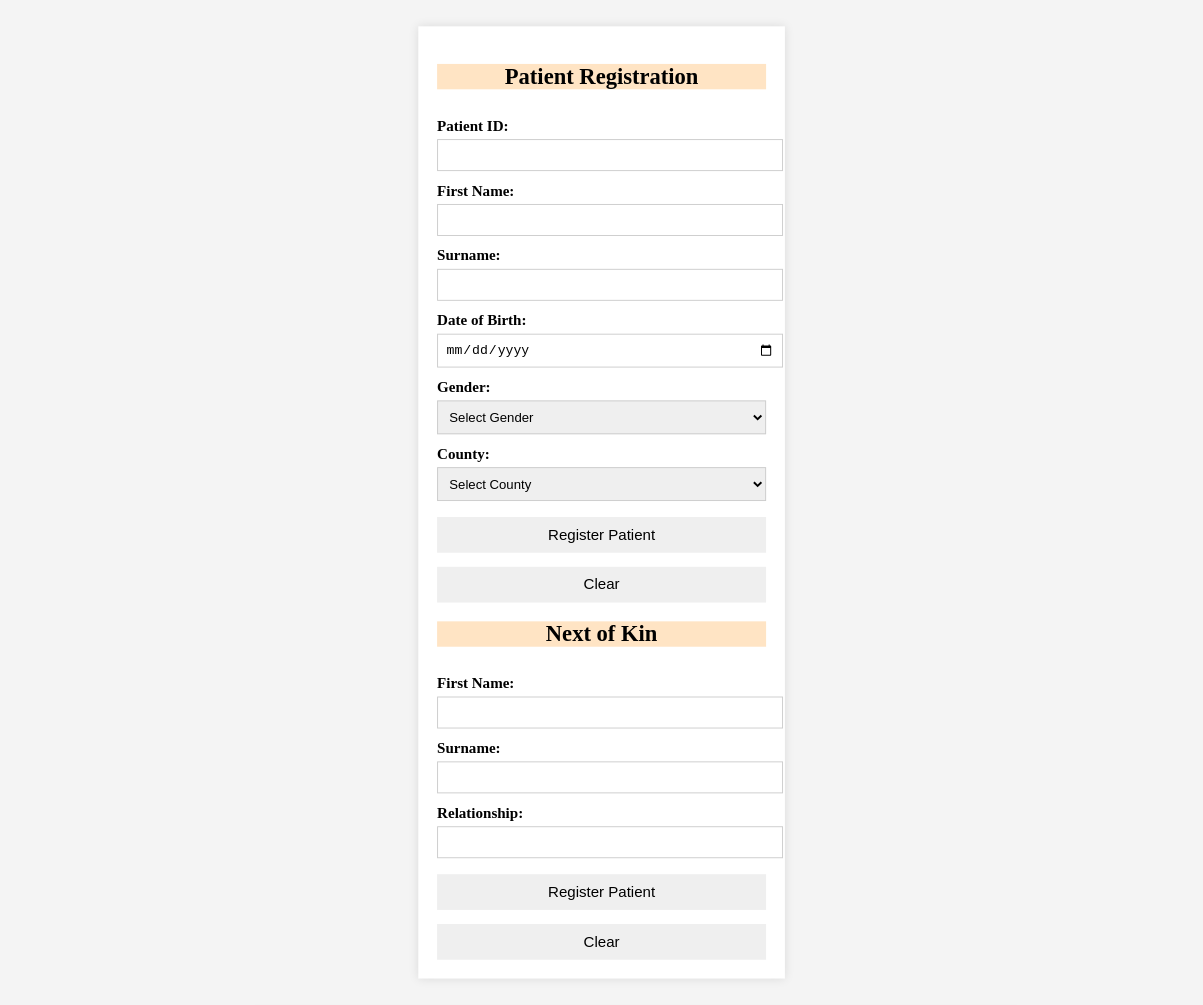
Repository: EphrahimLaanyu123/wsp
Page: Registration.html
An editor plug-in stored every save of this project. The page is shown before and after the next save, followed by the edit.
The browser window is 1280 px wide. The pictures show the whole page, at 94% of full size.

Above is the page before, as saved 2025-04-11 08:37:00.

After the next save:
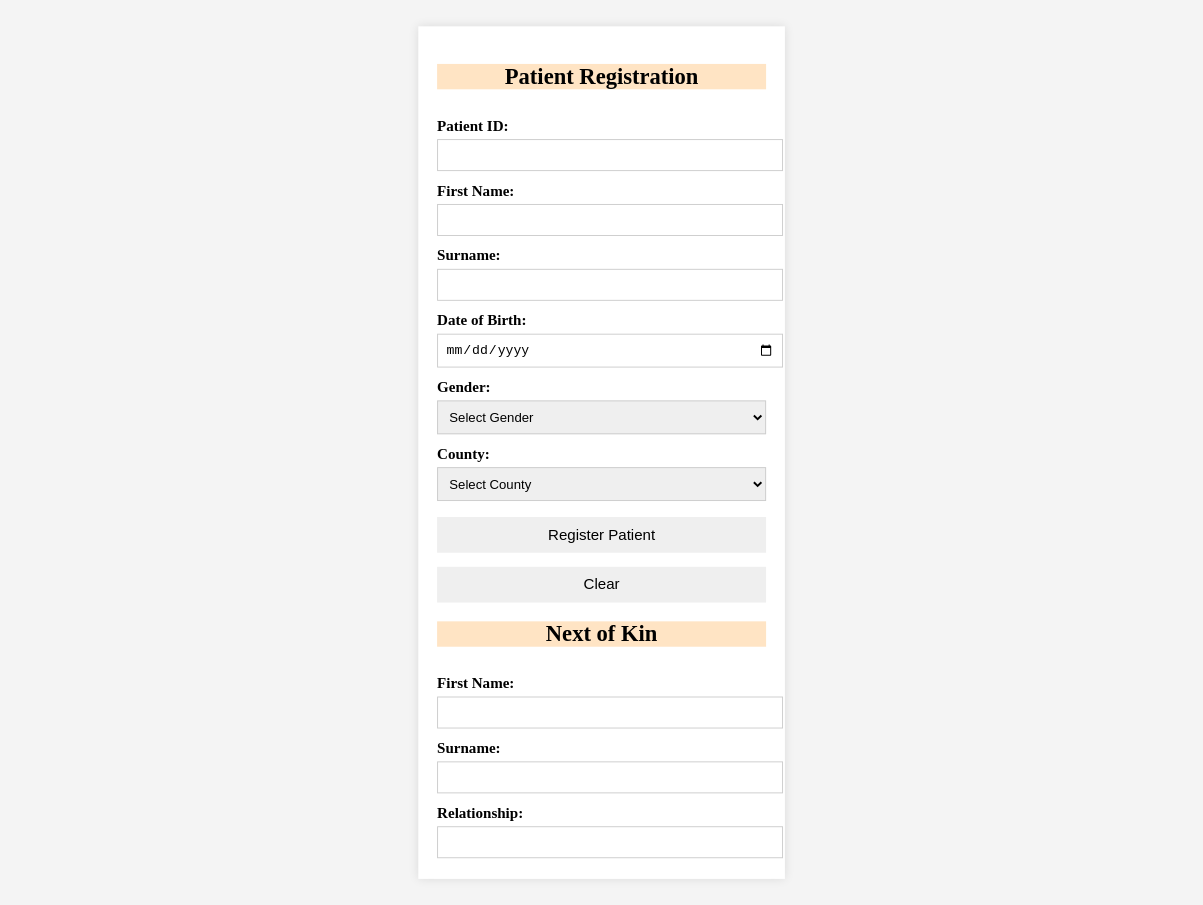
Saved 2 min 7 s later.
--- a/Registration.html
+++ b/Registration.html
@@ -7,10 +7,10 @@
     <link rel="stylesheet" href="registration.css">
 </head>
 <body>
-
     <section>
         <h1>Patient Registration</h1>
         <form id="registrationForm" action="registration.php" method="post" novalidate>
+            <!-- Patient Information Section -->
             <label for="patientId">Patient ID:</label>
             <input type="text" id="patientId" name="patientId" required>
             <span class="error" id="patientIdError"></span>
@@ -87,12 +87,12 @@
                 <option value="Wajir">Wajir</option>
                 <option value="West Pokot">West Pokot</option>
             </select>
+            <span class="error" id="countyError"></span>
 
-            <span class="error" id="countyError"></span>
             <button type="submit">Register Patient</button>
             <button type="button" id="clearForm">Clear</button>
 
-
+            <!-- Next of Kin Section -->
             <h2>Next of Kin</h2>
             <label for="nokFirstName">First Name:</label>
             <input type="text" id="nokFirstName" name="nokFirstName" required>
@@ -105,9 +105,6 @@
             <label for="nokRelationship">Relationship:</label>
             <input type="text" id="nokRelationship" name="nokRelationship" required>
             <span class="error" id="nokRelationshipError"></span>
-
-            <button type="submit">Register Patient</button>
-            <button type="button" id="clearForm">Clear</button>
         </form>
     </section>
 
